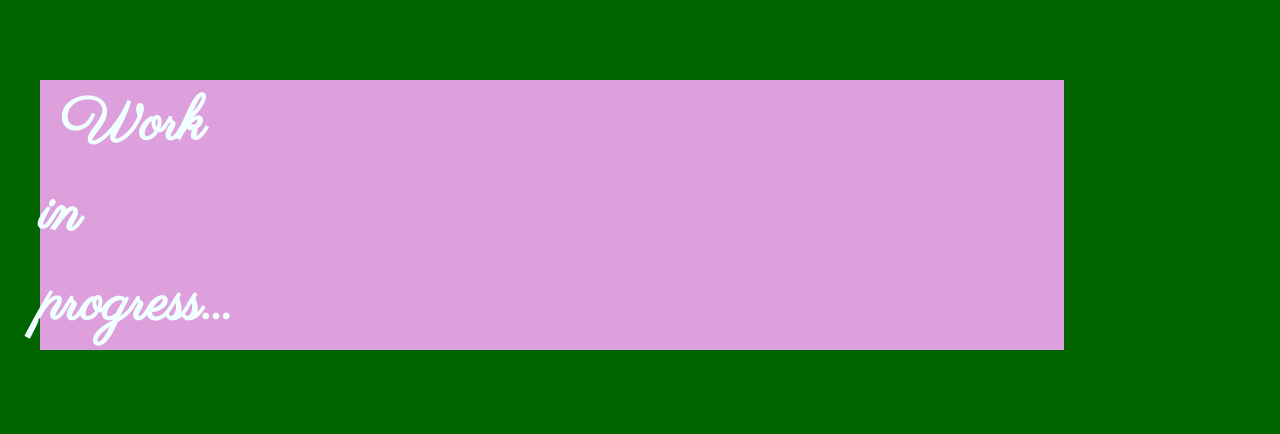
Repository: NollieChtn6/NollieChtn6.github.io
Page: index.html
The author's editor kept a copy of each file at every save. The page is drawn from the files as they stood at one save, then again after the next save.
The browser window is 1280 px wide. The pictures show the whole page.

Above is the page before, as saved 2023-11-10 18:04:14.

### index.html

<!DOCTYPE html>

<html lang="fr">

<head>
  <meta charset="utf-8">
  <meta name="viewport" content="width=device-width">
  <link href="css/reset.css" rel="stylesheet">
  <link href="css/style.css" rel="stylesheet">
  <link
    href="https://fonts.googleapis.com/css2?family=Asap:wght@400;700&family=Parisienne&display=swap"
    rel="stylesheet">
  <title>Portfolio</title>
</head>

<body>

  <main class="main__container">

    <div class="main__content">

      <h1 class="main__title">
        <span class="main__title main__title--level-1">
          Work
        </span>
        <span class="main__title main__title--level-2">
          in
        </span>
        <span class="main__title main__title--level-3">
          progress...
        </span>
      </h1>

    </div>

  </main>

</body>

</html>

### css/style.css
/* VARIABLES */

/* :root {

} */


/* GÉNÉRAL */

* {
  box-sizing: border-box;
}

html {
  font-size: 62.5%;
}

body {
  display: flex;
  flex-direction: column;
  height: 100vh;
  min-height: 100vh;
}

h1 {
  font-family: 'Asap', sans-serif;
  font-family: 'Parisienne', cursive;
}


/* MAIN  */

.main__container {
  display: flex;
  flex-direction: column;
  background-color: antiquewhite;
  height: 100vh;
  width: 100vw;
}

.main__content {
  display: flex;
  flex-direction: column;
  background-color:darkgreen;
  height: 100vh;
  width: 100vw;
  /* padding: 5rem 0rem 0rem 8rem; */
  /* justify-content: center; */
  /* align-items: center; */
  padding-top: 8rem;
  padding-left: 4rem;;

}

h1 {
  display: flex;
  flex-direction: column;
  width: 80vw;
  font-size: 6rem;
  background-color: plum;
  color: azure;
}

.main__title--level-1 {
  padding-left: 2rem
}

Loaded but not shown: css/reset.css (common file)

After the next save:
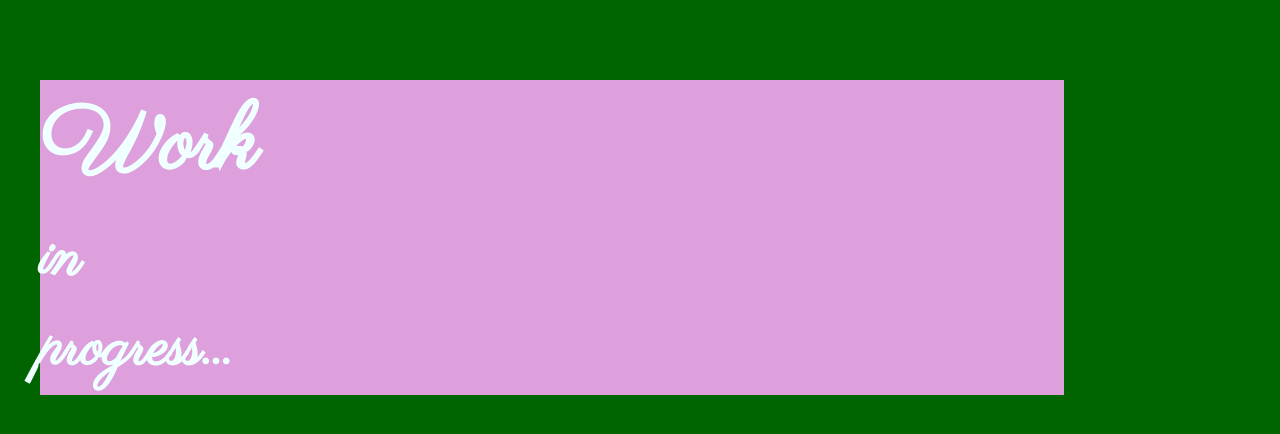
Saved 28 s later.
--- a/css/style.css
+++ b/css/style.css
@@ -62,5 +62,9 @@ h1 {
 }
 
 .main__title--level-1 {
-  padding-left: 2rem
+
 }
+
+.main__title--level-1 {
+  font-size: 1.5em;
+}
